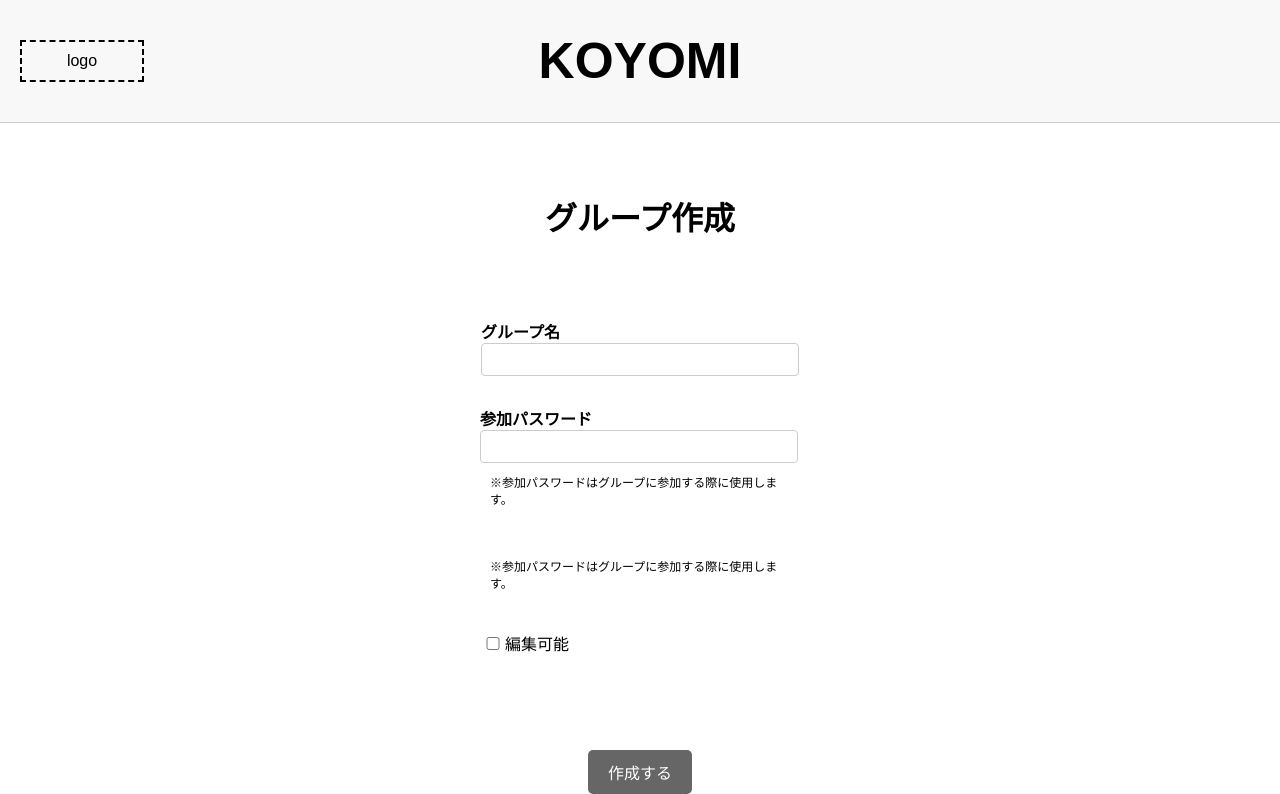
Repository: teramu0602/koyomi
Page: http://localhost/groups
An editor plug-in stored every save of this project. The page is shown before and after the next save, followed by the edit.
The browser window is 1280 px wide. The pictures show the whole page.
Some web fonts or font styles are not loaded; a fallback is used. The page is served by the project's Laravel application, run on PHP 8.4 with Laravel 9. Other server files are loaded and not shown.

Above is the page before, as saved 2025-03-23 15:34:22.

### routes/web.php
<?php

use Illuminate\Support\Facades\Route;
use App\Http\Controllers\CalendarController;
use App\Http\Controllers\PostController;
use App\Http\Controllers\Auth\LoginController;
use App\Http\Controllers\Auth\RegisterController;
use Illuminate\Support\Facades\Auth;
use App\Http\Controllers\CreateGroupController;
use App\Http\Controllers\JoinController;
use App\Http\Controllers\GroupController;
/*
|--------------------------------------------------------------------------
| Web Routes
|--------------------------------------------------------------------------
|
| Here is where you can register web routes for your application. These
| routes are loaded by the RouteServiceProvider within a group which
| contains the "web" middleware group. Now create something great!
|
*/

Route::get('/', function () {
    return view('welcome');
});

Route::get('/admin', function () {
    return view('layouts/admin_calender');
});

Route::get('/admin/home', function () {
    return view('calender/home');
});

Route::post('/register', [RegisterController::class, 'register'])->name('register');


//ログイン状態を見て、用意したログインページへいく
Route::post('/custom-login', [LoginController::class, 'login'])->name('custom.login.submit');
Route::get('/custom-login', function () {
    return view('admin/login');
})->name('custom.login');

Route::get('/signup', function () {
    return view('admin/signup');
});

//Route::get('/home', [App\Http\Controllers\HomeController::class, 'index'])->name('home');

// Route::get('/home', function () {
//     return view('calender/home');
// })->name('home');

//ログイン成功で個人カレンダーへいく
Route::get('/calendar', function () {
    return view('calender/home');
})->name('calendar')->middleware('auth');

Route::get('/calendar/{year}/{month}', [CalendarController::class, 'show'])->name('calendar.show');
Route::get('/admin/home/{year}/{month}', [CalendarController::class, 'showAdmin'])->name('calendar.admin.show');
Route::get('/admin/home', [CalendarController::class, 'index']);



Route::get('/grouplist', [CreateGroupController::class, 'index'])->name('groups.list');
Route::delete('/groups/{group}/leave', [GroupController::class, 'leaveGroup'])->name('groups.leave');

Route::get('/create_group', function () {
    return view('admin/create_group');
});

//カレンダーグループ作成
Route::post('/groups', [CalendarController::class, 'store'])->name('groups.store');
Route::get('/groups', function () {
    return view('admin/create_group');
})->name('groupcreate');

Auth::routes();

//ドロップダウンのログアウトでログインへ行く
Route::post('/logout', function () {
    Auth::logout();
    return redirect()->route('custom.login');
})->name('logout');


//ジョイン画面　試し
Route::post('/join', [JoinController::class, 'store'])->name('join.store');
Route::get('/join', function () {
    return view('admin.join_group');
})->name('groupjoin');

Route::get('/groups/{group}/edit', [GroupController::class, 'edit'])->name('groups.edit');
Route::put('/groups/{group}', [GroupController::class, 'update'])->name('groups.update');
Route::delete('/groups/{group}/users/{user}', [GroupController::class, 'removeUser'])->name('groups.removeUser');



Route::get('/edit', function () {
    return view('admin.edit_group');
})->name('groupedit');


Route::get('/a', function () {
    return view('calender.calendar');
});

### resources/views/admin/create_group.blade.php
@extends('layouts.admin_calender')
@section('title', 'グループ作成')

@section('content')
<h1 class="h1">グループ作成</h1>
<div class="joinctn">
<form class="form" action="{{ route('groups.store') }}" method="POST">
    @csrf
    <div>
        <label for="group_name">グループ名</label>
        </br>
        <input type="text" id="group_name" name="group_name" required>
    </div>

    <div>
        <label for="join_id">参加パスワード</label>
        </br>
        <input type="number" id="join_id" name="join_id" required>
        </br>
        <p class="p_c">※参加パスワードはグループに参加する際に使用します。</p>
    </div>
    <p class="p_c">※参加パスワードはグループに参加する際に使用します。</p>
    <div class="editckb">
        <input class = "check_box" type="checkbox" id="edit_flg" name="edit_flg" value="1">
        <label class="label_n" for="edit_flg">編集可能</label>
    </div>
    </div>
    <button type="submit">作成する</button>
</form>


@endsection

### resources/views/layouts/admin_calender.blade.php
<!DOCTYPE html>
<html lang="{{ app()->getLocale() }}">

<head>
    <meta charset="utf-8">
    <meta http-equiv="X-UA-Compatible" content="IE=edge">
    <meta name="viewport" content="width=device-width, initial-scale=1">
    <meta name="csrf-token" content="{{ csrf_token() }}">

    <title>@yield('title')</title>

    <script src="{{ asset('js/app.js') }}" defer></script>

    <link rel="dns-prefetch" href="https://fonts.gstatic.com">
    <link href="https://fonts.googleapis.com/css?family=Raleway:300,400,600" rel="stylesheet" type="text/css">

    <link href="{{ asset('css/admin.css') }}" rel="stylesheet">

    @yield('css')


    <!-- ドロップダウンのｃｓｓ-->
<!-- <link href="https://cdnjs.cloudflare.com/ajax/libs/bootstrap/5.3.0/css/bootstrap.min.css" rel="stylesheet">  -->




</head>

<body>
    <header>
        <a class="logo" href="{{ route('calendar') }}">logo</a>
        <h1 class="service-name">KOYOMI</h1>
        @guest

        @else
        <li class="nav-item dropdown">
            <a id="navbarDropdown" class="nav-link dropdown-toggle" href="#" role="button" data-bs-toggle="dropdown" aria-haspopup="true" aria-expanded="false" v-pre>
                {{ Auth::user()->name }}
            </a>

            <div class="dropdown-menu dropdown-menu-end" aria-labelledby="navbarDropdown">
                <a class="dropdown-item" href="{{ route('logout') }}"
                    onclick="event.preventDefault();
                                                     document.getElementById('logout-form').submit();">
                    {{ __('ログアウト') }}
                </a>

                <form id="logout-form" action="{{ route('logout') }}" method="POST" class="d-none">
                    @csrf
                </form>
            </div>

        </li>
        @endguest

    </header>

    <main>
        @yield('content')
    </main>

    <footer>
        @yield('footer')
    </footer>

</body>

</html>

Loaded but not shown: app/Http/Controllers/Auth/ConfirmPasswordController.php (common file); app/Http/Controllers/Controller.php (common file); public/css/admin.css (293 lines, source omitted)

After the next save:
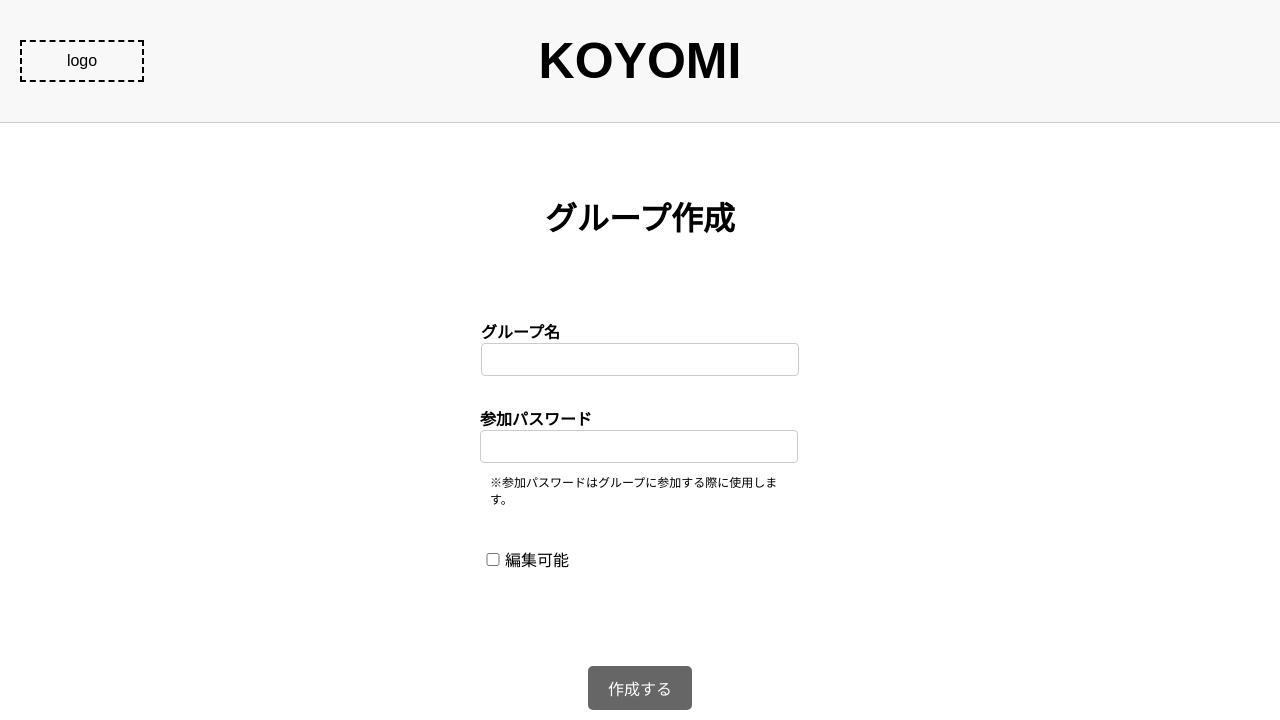
Saved 23 s later.
--- a/resources/views/admin/create_group.blade.php
+++ b/resources/views/admin/create_group.blade.php
@@ -19,7 +19,6 @@
         </br>
         <p class="p_c">※参加パスワードはグループに参加する際に使用します。</p>
     </div>
-    <p class="p_c">※参加パスワードはグループに参加する際に使用します。</p>
     <div class="editckb">
         <input class = "check_box" type="checkbox" id="edit_flg" name="edit_flg" value="1">
         <label class="label_n" for="edit_flg">編集可能</label>
